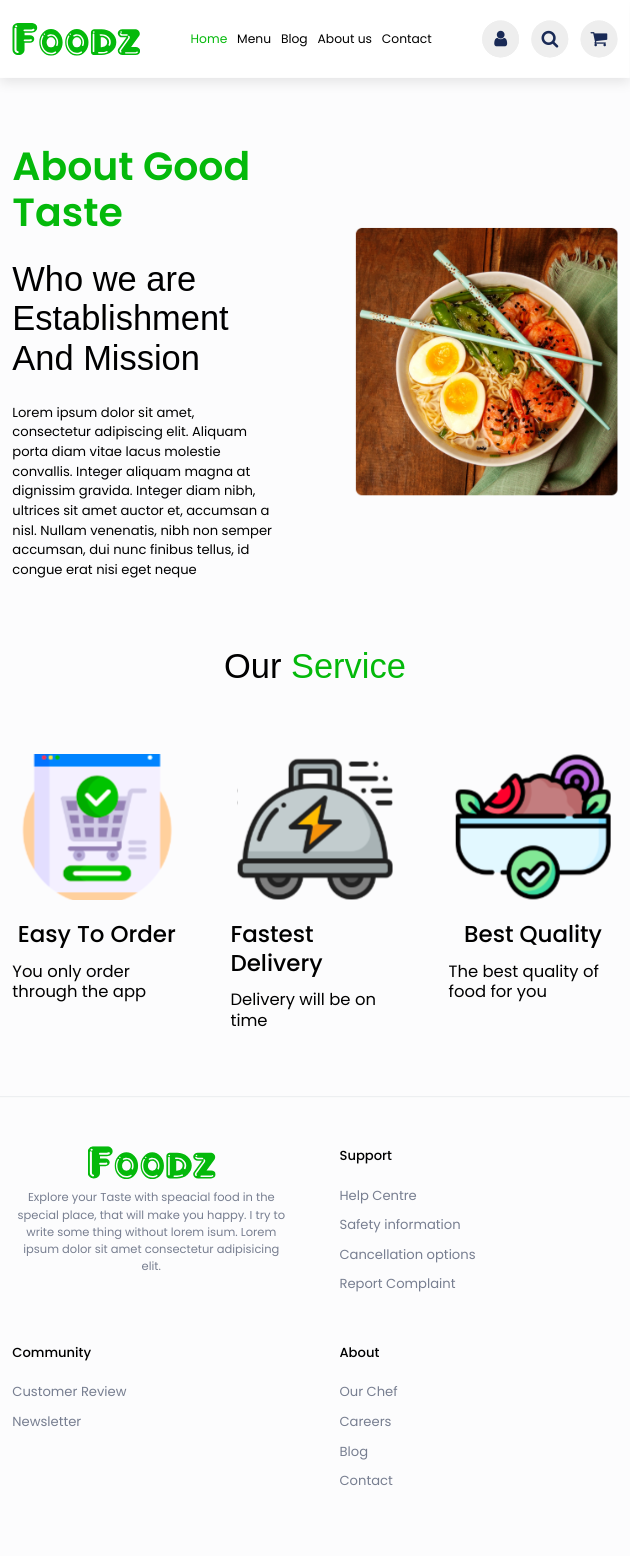
Repository: Toan3333/fooz
Page: assets/pages/about.html
These files come from the project's save history. The page is drawn as it stood at one moment and after the next save; the edit follows.
The browser window is 768 px wide. The pictures show the whole page, at 82% of full size.
Some web fonts or font styles are not loaded; a fallback is used.

Above is the page before, as saved 2023-06-11 11:23:50.

### assets/pages/about.html
<!DOCTYPE html>
<html lang="en">
  <head>
    <meta charset="UTF-8" />
    <meta http-equiv="X-UA-Compatible" content="IE=edge" />
    <meta name="viewport" content="width=device-width, initial-scale=1.0" />
    <title>About</title>
    <link rel="stylesheet" href="/assets/css/style.css" />
    <link rel="stylesheet" href="/assets/css/responsive.css" />
    <link
      href="https://fonts.googleapis.com/css?family=Poppins:100,100italic,200,200italic,300,300italic,regular,italic,500,500italic,600,600italic,700,700italic,800,800italic,900,900italic"
      rel="stylesheet"
    />
    <link
      href="https://fonts.googleapis.com/css?family=Alice:regular"
      rel="stylesheet"
    />
    <link
      rel="stylesheet"
      href="https://cdnjs.cloudflare.com/ajax/libs/font-awesome/4.7.0/css/font-awesome.min.css"
    />
  </head>
  <body>
    <div class="app">
      <!-- header -->
      <header class="header">
        <div class="container">
          <div class="header-main">
            <div class="header-logo">
              <img src="/assets/images/Logo.svg" alt="" />
            </div>
            <div class="header-menu">
              <ul class="header-nav">
                <li class="header-list">
                  <a href="#home" class="header-link active">Home</a>
                </li>
                <li class="header-list">
                  <a href="./assets/pages/menu.html" class="header-link"
                    >Menu</a
                  >
                </li>
                <li class="header-list">
                  <a href="./assets/pages/blog.html" class="header-link"
                    >Blog</a
                  >
                </li>
                <li class="header-list">
                  <a href="./assets/pages/about.html" class="header-link"
                    >About us</a
                  >
                </li>
                <li class="header-list">
                  <a href="./assets/pages/contact.html" class="header-link"
                    >Contact</a
                  >
                </li>
              </ul>
            </div>
            <div class="header-auth">
              <div class="header-icon">
                <a href="./assets/pages/login.html">
                  <i class="fa fa-user" aria-hidden="true"></i>
                </a>
                <a href="#">
                  <i class="fa fa-search" aria-hidden="true"></i>
                </a>
                <a href="./assets/pages/checkout.html">
                  <i class="fa fa-shopping-cart" aria-hidden="true"></i>
                </a>
              </div>
            </div>
            <div class="header__bar">
              <i class="fa fa-bars header__bar-icon" aria-hidden="true"></i>
            </div>
          </div>
        </div>
      </header>
      <!-- header end -->
      <section class="about__us">
        <div class="container">
          <div class="about__us-main">
            <div class="about__us-content">
              <h3 class="about__us-content-heading">About Good Taste</h3>
              <div class="about__us-content-title">
                Who we are Establishment And Mission
              </div>
              <p class="about__us-content-desc">
                Lorem ipsum dolor sit amet, consectetur adipiscing elit. Aliquam
                porta diam vitae lacus molestie convallis. Integer aliquam magna
                at dignissim gravida. Integer diam nibh, ultrices sit amet
                auctor et, accumsan a nisl. Nullam venenatis, nibh non semper
                accumsan, dui nunc finibus tellus, id congue erat nisi eget
                neque
              </p>
            </div>
            <div class="about__us-image">
              <img src="/assets/images/about-us-bg.png" alt="" />
            </div>
          </div>
        </div>
      </section>
      <section class="service__our">
        <div class="container">
          <h2 class="text-center__primary about-center">
            Our <span class="text-primary">Service</span>
          </h2>
          <div class="service__list">
            <div class="service__list-item">
              <div class="service__list-image">
                <img src="/assets/images/service-1.svg" alt="" />
              </div>
              <div class="service__list-title">Easy To Order</div>
              <div class="service__list-text">
                You only order through the app
              </div>
            </div>
            <div class="service__list-item">
              <div class="service__list-image">
                <img src="/assets/images/service-2.svg" alt="" />
              </div>
              <div class="service__list-title">Fastest Delivery</div>
              <div class="service__list-text">Delivery will be on time</div>
            </div>
            <div class="service__list-item">
              <div class="service__list-image">
                <img src="/assets/images/service-3.svg" alt="" />
              </div>
              <div class="service__list-title">Best Quality</div>
              <div class="service__list-text">
                The best quality of food for you
              </div>
            </div>
          </div>
        </div>
      </section>
      <footer class="footer">
        <div class="container">
          <div class="footer-list">
            <div class="footer-column">
              <div class="footer-center">
                <div class="footer-logo">
                  <img src="/assets/images/Logo.svg" alt="" />
                </div>
                <p class="footer-desc">
                  Explore your Taste with speacial food in the special place,
                  that will make you happy. I try to write some thing without
                  lorem isum. Lorem ipsum dolor sit amet consectetur adipisicing
                  elit.
                </p>
              </div>
            </div>
            <div class="footer-column">
              <h3 class="footer-title">Support</h3>
              <ul class="footer-menu">
                <li class="footer-item"><a href="#">Help Centre</a></li>
                <li class="footer-item"><a href="#">Safety information</a></li>
                <li class="footer-item">
                  <a href="#">Cancellation options</a>
                </li>
                <li class="footer-item"><a href="#">Report Complaint</a></li>
              </ul>
            </div>
            <div class="footer-column">
              <h3 class="footer-title">Community</h3>
              <ul class="footer-menu">
                <li class="footer-item"><a href="#">Customer Review</a></li>
                <li class="footer-item"><a href="#">Newsletter</a></li>
              </ul>
            </div>
            <div class="footer-column">
              <h3 class="footer-title">About</h3>
              <ul class="footer-menu">
                <li class="footer-item"><a href="#">Our Chef</a></li>
                <li class="footer-item"><a href="#">Careers</a></li>
                <li class="footer-item">
                  <a href="#">Blog</a>
                </li>
                <li class="footer-item"><a href="#">Contact</a></li>
              </ul>
            </div>
          </div>
        </div>
      </footer>
      <!-- loader -->
      <!-- <div class="loader-container">
        <img src="./assets/images/loader.gif" alt="" />
      </div> -->
      <!-- loader end -->
    </div>
  </body>
</html>

### assets/css/responsive.css
@media screen and (min-width: 1024px) {
  .hero-title {
    font-size: 50px;
    line-height: 58px;
  }
  .hero-desc {
    font-size: 20px;
  }
  .service-title {
    font-size: 22px;
  }
}
/* Tablet */
@media screen and (max-width: 1023.98px) {
  .header-nav {
    gap: 12px;
  }
  .header-link {
    font-size: 15px;
  }
  .header-icon {
    gap: 15px;
  }
  .hero-main {
    gap: 30px;
  }
  .hero {
    padding: 50px 0;
  }
  .hero-title {
    font-size: 37px;
    line-height: 48px;
    margin-bottom: 15px;
  }
  .hero-desc {
    font-size: 18px;
    line-height: 26px;
  }
  .button-primary {
    font-size: 15px;
  }
  .hero-list {
    gap: 4px;
  }
  .hero-info {
    padding: 20px 25px;
  }
  .hero-number {
    font-size: 20px;
  }
  .hero-text {
    font-size: 16px;
    line-height: 22px;
  }
  .service {
    padding: 50px 0;
  }
  .text-center__primary {
    font-size: 42px;
    line-height: 52px;
  }
  .service-list {
    margin-top: 50px;
    grid-template-columns: repeat(2, 1fr);
    grid-gap: 30px;
  }
  .service-item {
    padding: 30px 25px;
  }
  .about {
    padding: 50px 0;
  }
  .about-main {
    gap: 40px;
  }
  .about-info {
    gap: 20px;
  }
  .about-name {
    font-size: 18px;
    line-height: 24px;
  }
  .about-desc {
    font-size: 16px;
  }
  .special {
    padding: 50px 0;
  }
  .special-center {
    max-width: 500px;
  }
  .text-bottom {
    font-size: 18px;
    line-height: 28px;
  }
  .special-list {
    margin-top: 50px;
    grid-template-columns: repeat(2, 1fr);
  }
  .special-title {
    font-size: 24px;
    line-height: 30px;
  }
  .special-price {
    font-size: 32px;
  }
  .form-main {
    gap: 40px;
  }
  .form-container {
    gap: 8px;
  }
  .blog {
    padding: 50px 0;
  }
  .blog-list {
    grid-template-columns: repeat(2, 1fr);
  }
  .footer-list {
    grid-template-columns: repeat(2, 1fr);
    grid-gap: 60px;
  }
  .footer-menu {
    gap: 12px;
  }
  .our-blog {
    padding: 50px 0;
  }
  .our-blog__main {
    flex-direction: column;
  }
  .our-blog__list__image {
    width: 100%;
  }
  .our-blog__list__image img {
    width: 100%;
  }
  .our-blog__heading {
    margin-bottom: 12px;
  }
  .our-blog__post {
    width: 100%;
    max-width: unset;
  }
  .all-blog__list {
    flex-direction: column;
  }
  .all-blog__left {
    max-width: unset;
    gap: 20px;
  }
}
/* Iphone */
@media screen and (max-width: 767.98px) {
  /* .header-menu {
    display: none;
  } */
  .header-nav {
    position: fixed;
    right: 0;
    top: 0;
    bottom: 0;
    background-color: white;
    transform: translateX(100%);
    will-change: transform;
    transition: all 0.2s linear;
    width: 300px;
    border-left: 1px solid #eee;
    z-index: 99;
    flex-direction: column;
    align-items: stretch;
    padding-top: 60px;
    gap: 10px 0;
  }
  .header-nav.is-show {
    transform: translateX(0);
  }
  .header-list {
    padding: 20px;
  }
  .header-icon {
    display: none;
  }
  .header__bar {
    display: block;
    font-size: 22px;
    color: var(--primary-color);
    cursor: pointer;
  }
  .hero {
    padding: 40px 0;
  }
  .hero-main {
    flex-direction: column;
  }
  .hero-title {
    font-size: 30px;
    line-height: 35px;
    margin-bottom: 10px;
  }
  .hero-desc {
    font-size: 16px;
  }
  .hero-cta {
    margin-bottom: 40px;
  }
  .hero-info {
    padding: 15px 20px;
  }
  .hero-number {
    line-height: 35px;
    font-size: 18px;
  }
  .service {
    padding: 40px 0;
  }
  .text-center__primary {
    font-size: 33px;
    line-height: 40px;
  }
  .service-list {
    margin-top: 30px;
    grid-template-columns: repeat(1, 1fr);
    grid-gap: 12px;
  }
  .service-item {
    padding: 15px;
  }
  .service-title {
    font-size: 18px;
    line-height: 28px;
  }
  .service-icon {
    margin-bottom: 14px;
  }
  .about {
    padding: 40px 0;
  }
  .about-center {
    max-width: 280px;
  }
  .about-main {
    flex-direction: column;
  }
  .text-center__primary {
    font-size: 28px;
    line-height: 32px;
  }
  .about-name {
    font-size: 17px;
  }
  .about-info {
    gap: 15px;
  }
  .about-desc {
    font-size: 15px;
    line-height: 24px;
  }
  .text-bottom {
    font-size: 16px;
  }
  .special {
    padding: 40px 0;
  }
  .special-list {
    grid-template-columns: repeat(1, 1fr);
  }
  .special-item {
    padding: 20px 25px;
  }
  .special-price {
    font-size: 28px;
  }
  .button-primary {
    padding: 8px 10px;
    font-size: 12px;
    line-height: 20px;
  }
  .form-main {
    flex-direction: column;
  }
  .form-field input {
    padding: 8px;
  }
  .form-price {
    margin-bottom: 15px;
  }
  .form-meal__select select {
    padding: 10px 12px 10px 12px;
  }
  .form-field textarea {
    padding: 10px;
  }
  .tab {
    grid-template-columns: repeat(1, 1fr);
    grid-gap: 10px;
  }
  .tab-item {
    border-bottom: 1px solid #eee;
    font-size: 14px;
    padding: 8px;
  }
  .tab-item img {
    width: 28px;
    height: 28px;
  }
  .blog {
    padding: 50px 0;
  }
  .blog-list {
    grid-template-columns: repeat(1, 1fr);
  }
  .footer-list {
    grid-template-columns: repeat(1, 1fr);
    grid-gap: 20px;
  }
  .footer-title {
    margin-bottom: 12px;
  }
  .our-blog__items {
    flex-direction: column;
  }
  .our-blog__list__image {
    max-width: unset;
  }
  .our-blog__title {
    font-size: 18px;
    line-height: 26px;
  }
  .our-blog__text {
    margin-bottom: 24px;
  }
  .our-blog__heading {
    font-size: 20px;
    line-height: 28px;
  }
  .all-blog {
    padding: 50px 0;
  }
  .all-blog__list {
    gap: 24px;
  }
}

Loaded but not shown: assets/css/style.css (1369 lines, source omitted)

After the next save:
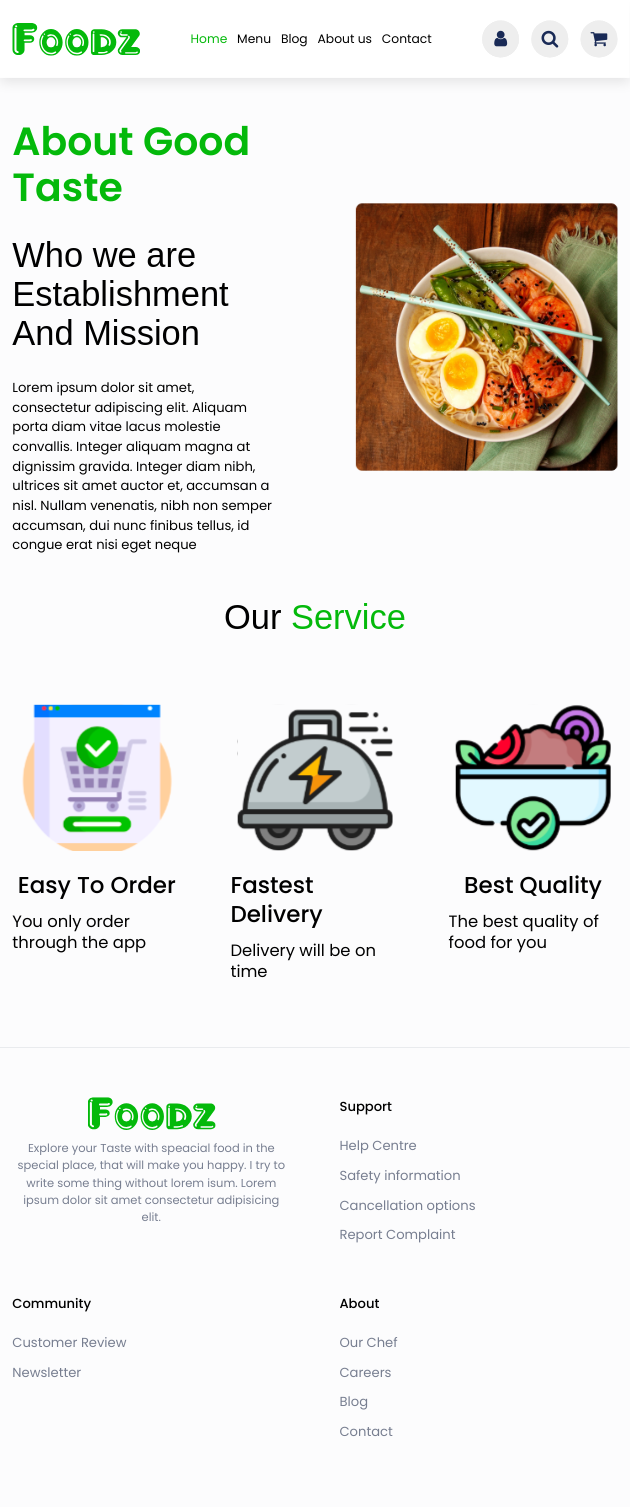
Saved 2 min 12 s later.
--- a/assets/css/responsive.css
+++ b/assets/css/responsive.css
@@ -148,6 +148,9 @@
   .all-blog__left {
     max-width: unset;
     gap: 20px;
+  }
+  .about__us {
+    padding: 50px 0;
   }
 }
 /* Iphone */
